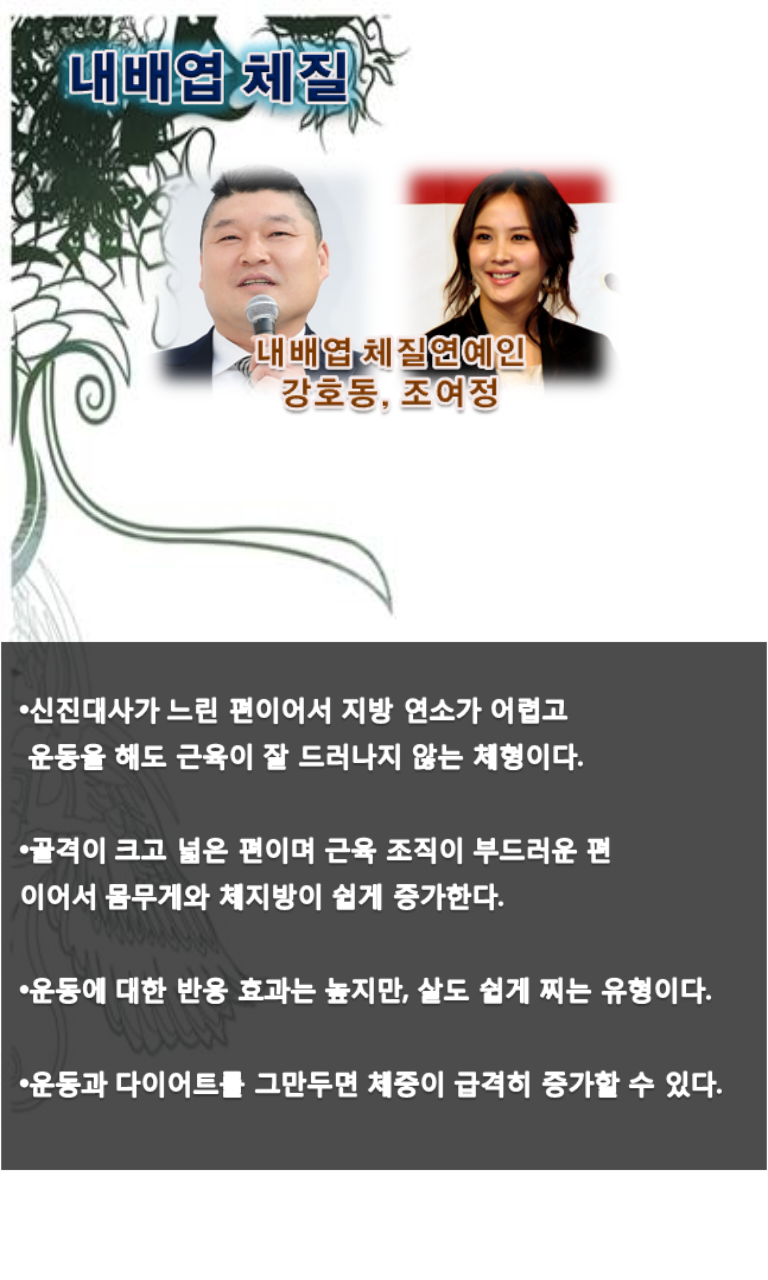
Repository: LewisLim579/2013TeamProject
Layout: PtsApp/res/layout/c_na.xml
The author's editor kept a copy of each file at every save. The layout is drawn from the files as they stood at one save, then again after the next save.
It is drawn on a 768 x 1280 px phone screen (xhdpi) without system bars, with theme android:Theme.NoTitleBar.Fullscreen; the app's code is not run.

Above is the layout before, as saved 2013-05-24 16:52:49.

After the next save:
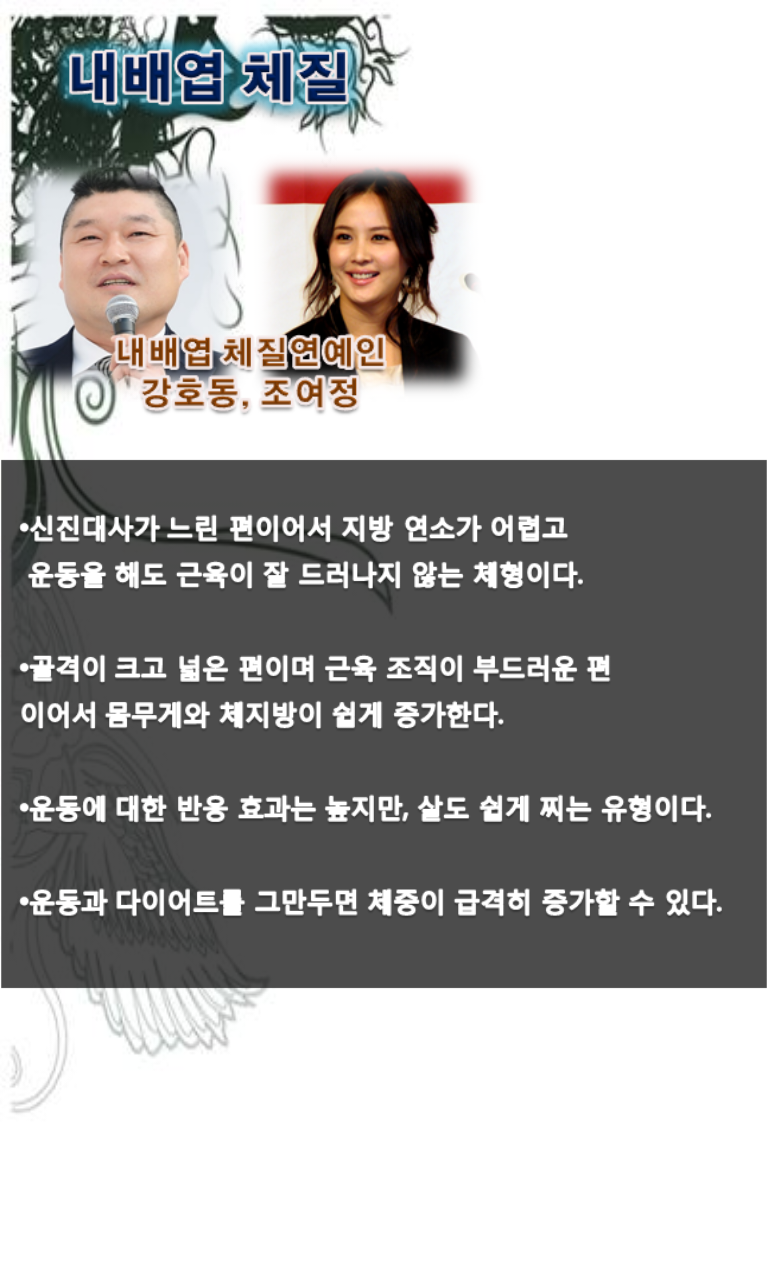
Saved 106 s later.
--- a/PtsApp/res/layout/c_na.xml
+++ b/PtsApp/res/layout/c_na.xml
@@ -1,33 +1,42 @@
-<RelativeLayout xmlns:android="http://schemas.android.com/apk/res/android"
+<LinearLayout xmlns:android="http://schemas.android.com/apk/res/android"
     android:layout_width="fill_parent"
     android:layout_height="fill_parent"
+    android:orientation="vertical"
     android:background="@drawable/back" >
 
-    <ImageView
+    <LinearLayout
+        android:layout_width="match_parent"
+        android:layout_height="wrap_content"
+        android:orientation="vertical" >
+        <ImageView
         android:id="@+id/imageView2"
         android:layout_width="wrap_content"
         android:layout_height="wrap_content"
-        android:layout_alignParentLeft="true"
-        android:layout_alignParentTop="true"
         android:src="@drawable/natitle" />
+    </LinearLayout>
 
-    <ImageView
+    <LinearLayout
+        android:layout_width="match_parent"
+        android:layout_height="wrap_content"
+        android:orientation="vertical" >
+        <ImageView
         android:id="@+id/imageView1"
         android:layout_width="wrap_content"
         android:layout_height="wrap_content"
-        android:layout_below="@+id/imageView2"
         android:layout_centerHorizontal="true"
         android:src="@drawable/na_2" />
+    </LinearLayout>
 
-
-
-    <ImageView
+    <LinearLayout
+        android:layout_width="match_parent"
+        android:layout_height="wrap_content"
+        android:orientation="vertical" >
+        <ImageView
         android:id="@+id/imageView3"
         android:layout_width="wrap_content"
         android:layout_height="wrap_content"
-        android:layout_alignParentBottom="true"
-        android:layout_alignParentLeft="true"
         android:layout_marginBottom="38dp"
         android:src="@drawable/sese" />
+    </LinearLayout>
 
-</RelativeLayout>
+</LinearLayout>
